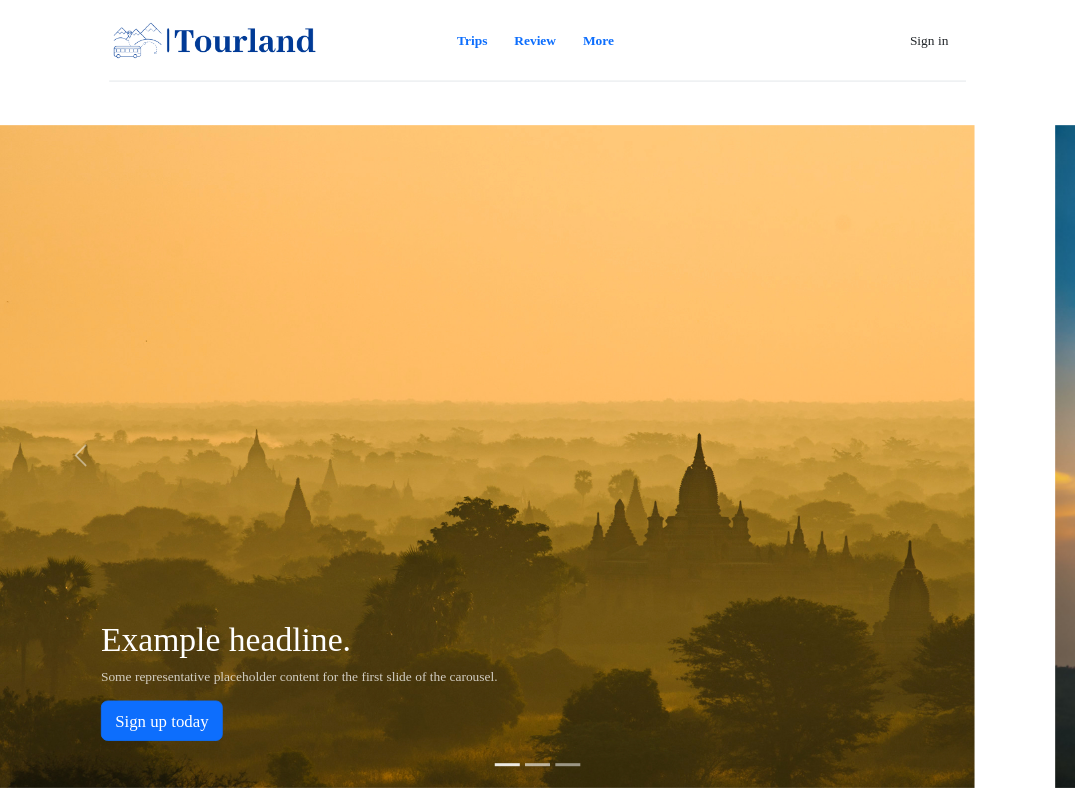
Repository: nyeinsu4520/tourland
Page: http://localhost/index
An editor plug-in stored every save of this project. The page is shown before and after the next save, followed by the edit.
The browser window is 1280 px wide. The page is 1280 px wide, then 1292 px, so the pictures cover 1292 px, including what lies to the right of the window. The pictures show the whole page, at 84% of full size.
Some web fonts or font styles are not loaded; a fallback is used. The page is this project's Thymeleaf template; nobody is signed in. The template is opened directly, without the code that normally fills it, so the values that code supplies are empty.

Above is the page before, as saved 2024-05-31 17:11:42.

After the next save:
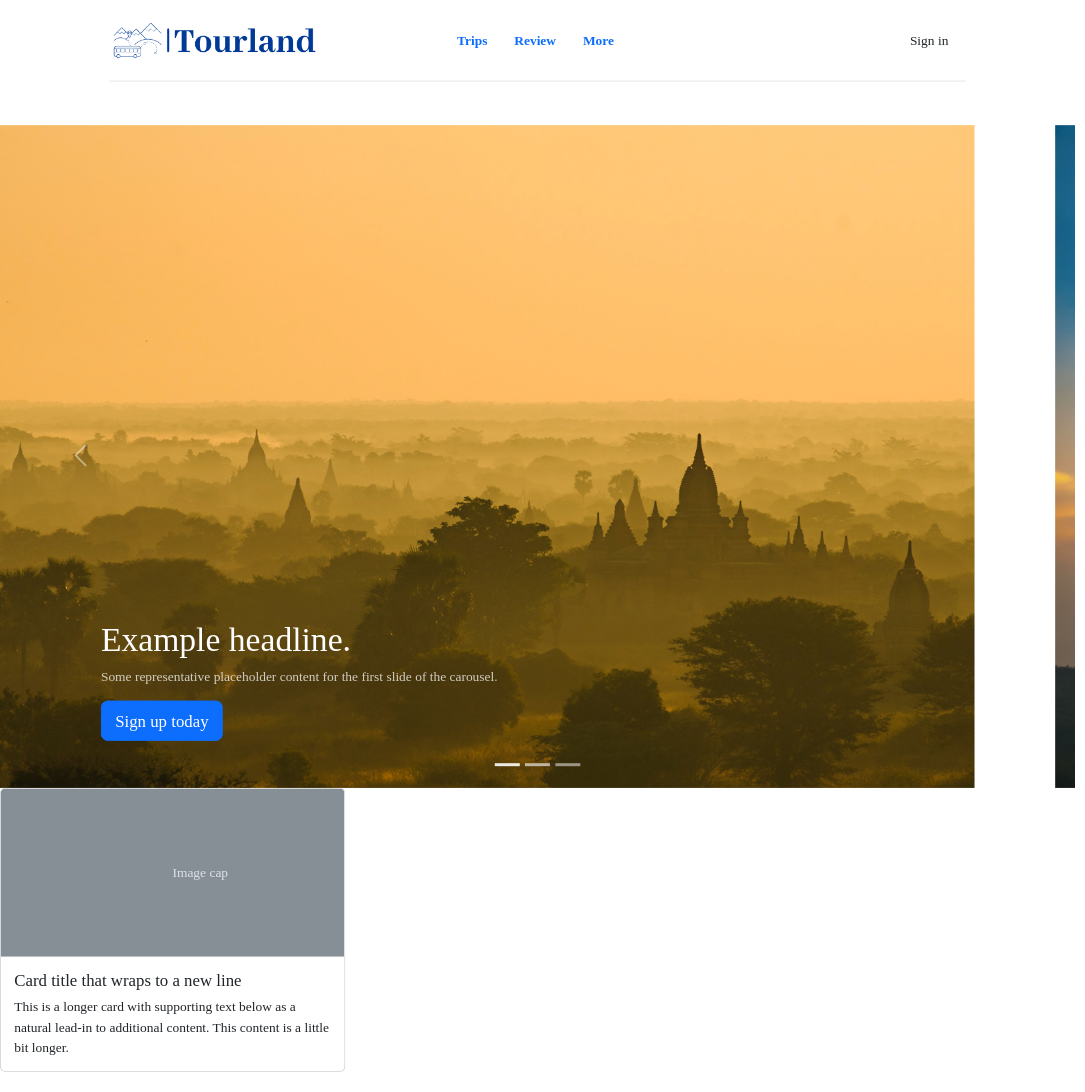
Saved 2 min 59 s later.
--- a/Tourland/src/main/resources/templates/index.html
+++ b/Tourland/src/main/resources/templates/index.html
@@ -127,6 +127,19 @@
     </div>
 
 
+	<div class="row">
+	<div class="col-sm-6 col-lg-4 mb-4">
+      <div class="card">
+        <svg class="bd-placeholder-img card-img-top" width="100%" height="200" xmlns="http://www.w3.org/2000/svg" role="img" aria-label="Placeholder: Image cap" preserveAspectRatio="xMidYMid slice" focusable="false"><title>Placeholder</title><rect width="100%" height="100%" fill="#868e96"/><text x="50%" y="50%" fill="#dee2e6" dy=".3em">Image cap</text></svg>
+        <div class="card-body">
+          <h5 class="card-title">Card title that wraps to a new line</h5>
+          <p class="card-text">This is a longer card with supporting text below as a natural lead-in to additional content. This content is a little bit longer.</p>
+        </div>
+      </div>
+    </div>
+
+	</div>
+
 
 
 </body>
